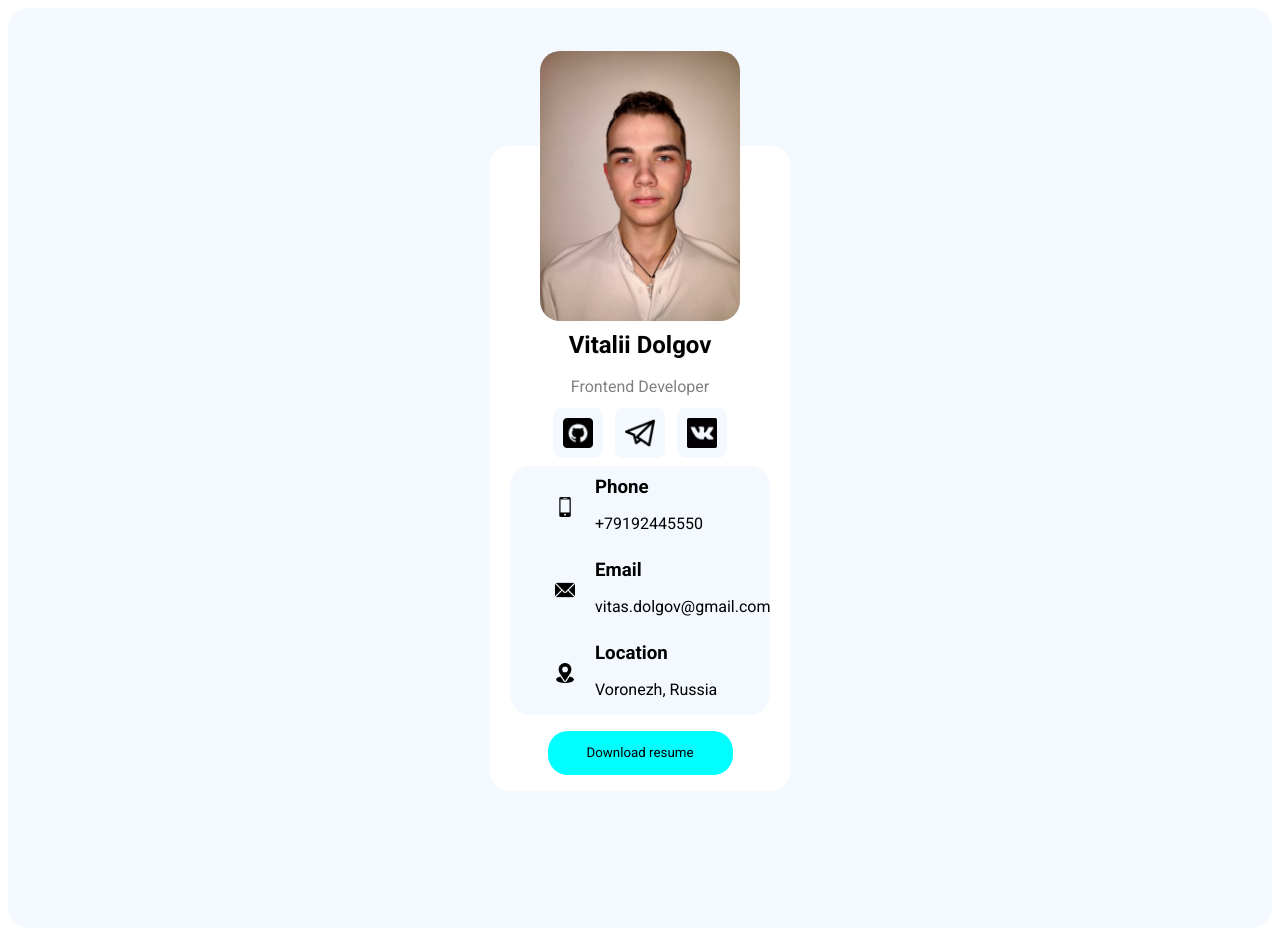
Repository: VitasYo/User_card
Page: src/index.html
An editor plug-in stored every save of this project. The page is shown before and after the next save, followed by the edit.
The browser window is 1280 px wide. The pictures show the whole page.

Above is the page before, as saved 2024-04-09 23:47:01.

### src/index.html
<!DOCTYPE html>
<html lang="ru">
  <head>
    <meta charset="UTF-8" />
    <meta name="viewport" content="width=device-width, initial-scale=1.0" />
    <title>First html</title>
    <link rel="stylesheet" href="../assets/css/index.css" />
    <script src="script.js"></script>
  </head>
  <body>
    <section class="container">
      <div class="container_card">
        <img class="avatar" src="../assets/img/Фото.jpg" alt="" />
        <div class="user-info">
          <h1>Vitalii Dolgov</h1>
          <div class="position">Frontend Developer</div>
        </div>
        <div>
          <a href="#"
            ><img class="icon" src="../assets/img/github.png" alt="github"
          /></a>
          <a href="#"
            ><img class="icon" src="../assets/img/telegram.png" alt="telegram"
          /></a>
          <a href="#"
            ><img class="icon" src="../assets/img/vk.png" alt="vk"
          /></a>
        </div>
        <div class="items_card">
          <div class="items_string">
            <img class="card_icon" src="../assets/img/phone.png" />
            <div class="card_info">
              <div><h3>Phone</h3></div>
              <div><p>+79192445550</p></div>
            </div>
          </div>
          <div class="items_string">
            <img class="card_icon" src="../assets/img/email.png" />
            <div class="card_info">
              <div><h3>Email</h3></div>
              <div><p>vitas.dolgov@gmail.com</p></div>
            </div>
          </div>
          <div class="items_string">
            <img class="card_icon" src="../assets/img/location.png" />
            <div class="card_info">
              <div><h3>Location</h3></div>
              <div><p>Voronezh, Russia</p></div>
            </div>
          </div>
        </div>
        <button class="button">Download resume</button>
      </div>
    </section>
  </body>
</html>

### assets/css/index.css
@import url("https://fonts.googleapis.com/css2?family=Roboto:ital,wght@0,100;0,300;0,400;0,500;0,700;0,900;1,100;1,300;1,400;1,500;1,700;1,900&display=swap");
* {
  font-family: "Roboto", sans-serif;
}

.container h1 {
  margin-top: 10px;
  margin-bottom: 0;
}

.container h3 {
  margin-top: 10px;
  margin-bottom: 0;
}

.container {
  display: flex;
  flex-direction: column;
  align-items: center;
  background-color: rgb(243, 249, 255);
  border-radius: 20px;
  height: 920px;
  justify-content: center;
}

.container_card {
  display: flex;
  flex-direction: column;
  align-items: center;
  background-color: white;
  border-radius: 20px;
  width: 300px;
}

.position {
  color: gray;
  margin-top: 8px;
}

.avatar {
  margin-top: -95px;
  width: 200px;
  height: 270px;
  border-radius: 20px;
}

.user-info {
  margin-bottom: 8px;
  display: flex;
  flex-direction: column;
  align-items: center;
  gap: 10px;
}

.icon {
  width: 30px;
  height: 30px;
  padding: 10px;
  background-color: rgb(243, 249, 255);
  border-radius: 8.27px;
  margin: 4px;
}

.card_icon {
  width: 20px;
  height: 20px;
  padding: 10px;
}

.items_card {
  background-color: rgb(243, 249, 255);
  border-radius: 20px;
  width: 260px;
}

.items_string {
  justify-content: center;
  align-items: center;
  display: flex;
  border-bottom: 1px;
  border-width: 1px;
}

.card_info {
  margin-left: 10px;
  font-size: 16px;
  width: 140px;
}

.button {
  margin: 16px 0;
  background-color: aqua;
  border-radius: 20px;
  border-width: 0;
  width: 185px;
  height: 44px;
  cursor: pointer;
}

Loaded but not shown: src/script.js (no stored copy; drawn as an empty file)

After the next save:
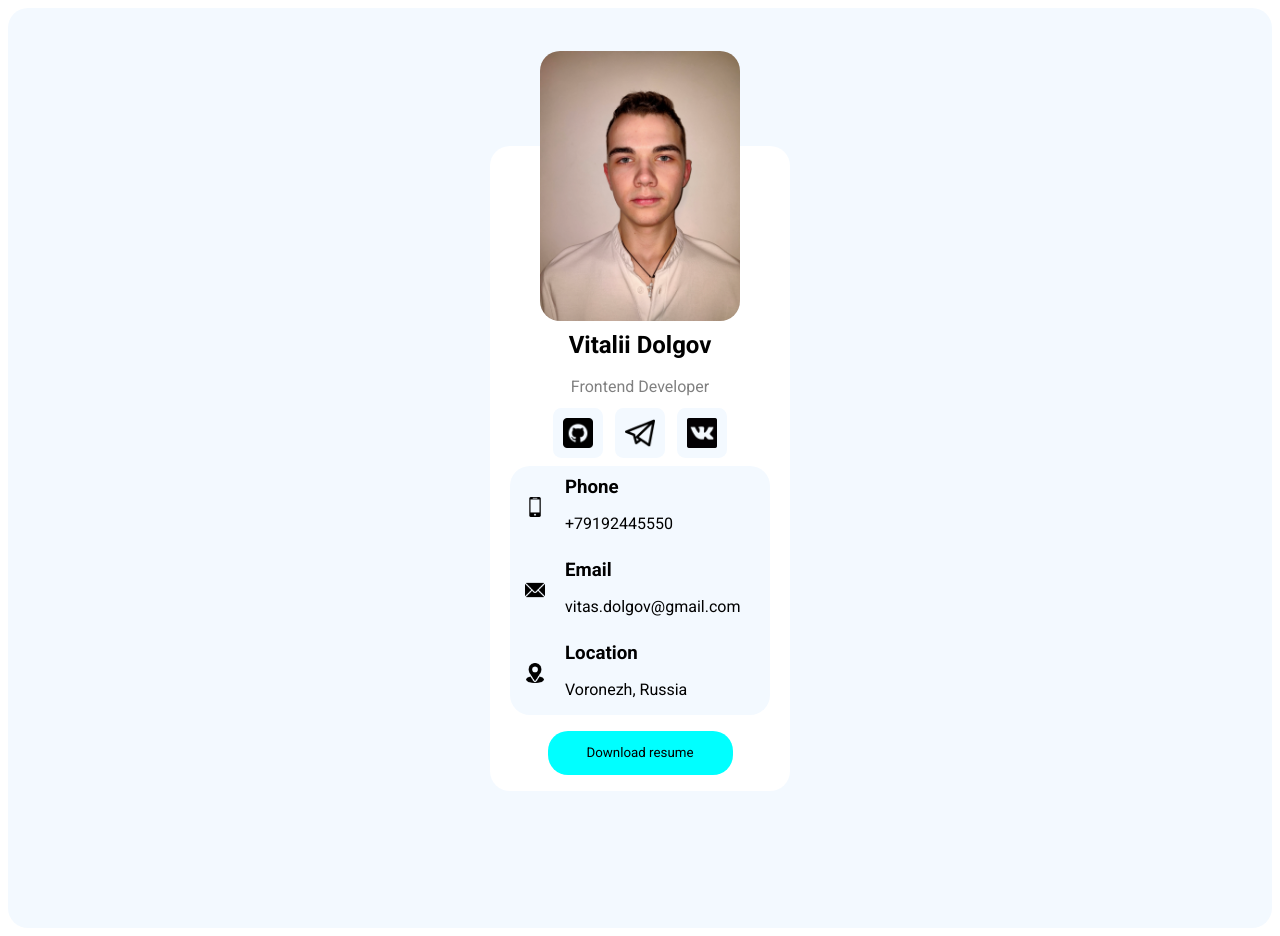
Saved 8 s later.
--- a/assets/css/index.css
+++ b/assets/css/index.css
@@ -84,7 +84,7 @@
 .card_info {
   margin-left: 10px;
   font-size: 16px;
-  width: 140px;
+  width: 200px;
 }
 
 .button {
